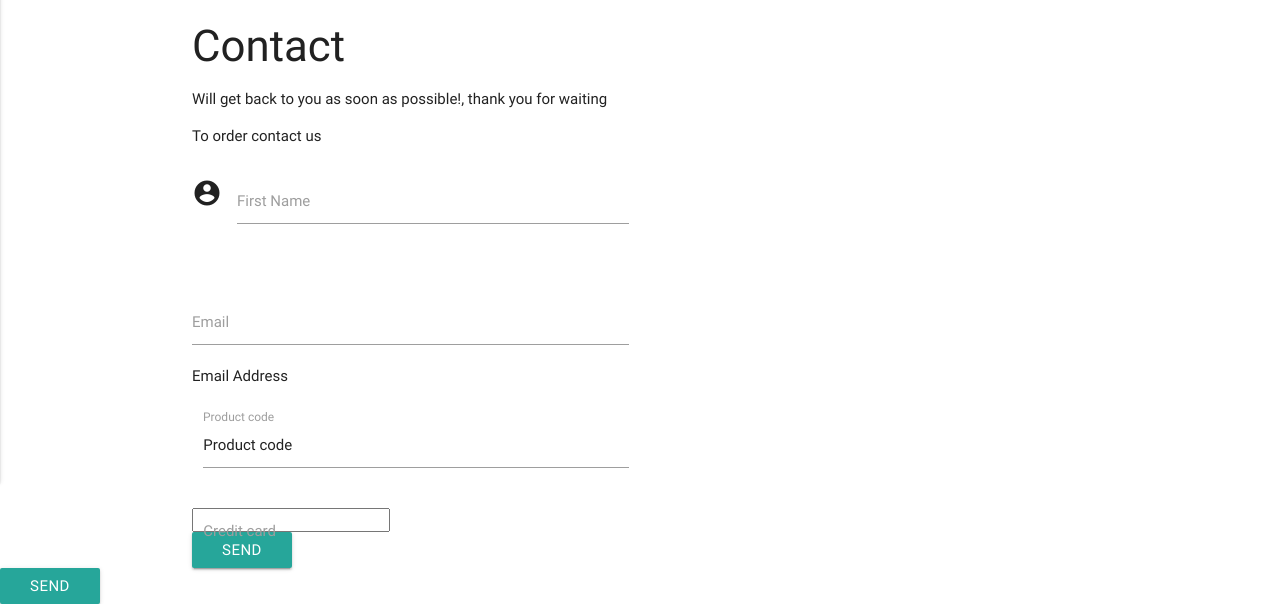
Repository: eazeldon/project-recipes-online-3
Page: http://localhost/contact
The author's editor kept a record of every edit. The page is drawn from the files as they stood at one moment, then again after the next edit.
The browser window is 1280 px wide. The pictures show the part of the page from y = 298 to 902 px (the page is 902 px tall before and 866 px after).
Some web libraries are served in a nearby version. The page is served by the project's application, run on Flask 3 (app.py).

Above is the page before.

### templates/contact.html
{% extends 'base.html' %} {% block content %}
<h3>Contact</h3>

        <p>Will get back to you as soon as possible!, thank you for waiting</p>
        <p>To order contact us</p>

 <div class="row">
    <form class="col s12">
      <div class="row">
        <div class="input-field col s6">
          <i class="material-icons prefix">account_circle</i>
          <input id="icon_prefix" type="text" class="validate">
          <label for="icon_prefix">First Name</label>
        </div>
        </div>
<!---------
        <div class="input-field col s6">
          <i class="material-icons prefix">phone</i>
          <input id="icon_telephone" type="tel" class="validate">
          <label for="icon_telephone">Telephone</label>
        </div>
--------->
      </div>
    </form>

  <div class="row">
    <form class="col s12">
      <div class="row">
       <div class="input-field col s6">
          <input id="email" type="email" class="validate">
          <label for="email">Email</label>
          <span class="helper-text" data-error="wrong" data-success="right">Email Address</span>
        </div>
      </div>
     <div class="input-field col s6">
      <input value="Product code" id="product_code2" type="text" class="validate">
      <label class="active" for="product_code2">Product code</label>
    </div>
  </div>
  <div class="input-field col s6">
          <input id="credit" type="credit" class="validate">
          <label for="credit">Credit card</label>
          </div>
   <button type="submit" class="btn btn-secondary center-block">Send</button>
</form>
</div>
<button type="submit" class="btn btn-secondary center-block">Send</button>
















<!--------------
<div class="row">
    <form class="col s12">
      <div class="row">
        <div class="input-field col s6">
          <i class="material-icons prefix">account_circle</i>
          <input id="icon_prefix" type="text" class="validate">
          <label for="icon_prefix">First Name</label>

          <div class="input-field col s12">
          <i class="material-icons prefix">phone</i>
          <input id="icon_telephone" type="tel" class="validate">
          <label for="icon_telephone">Telephone</label>
        </div>
       </div>
    </form>
  </div>
</div>
 <div class="row">
    <form class="col s12">
      <div class="row">
        <div class="input-field col s6">
          <input id="email" type="email" class="validate">
          <label for="email">Email</label>
          <span class="helper-text" data-error="wrong" data-success="right">Email Address</span>
        </div>
      </div>
    </form>
  </div>
 <div class="row">
    <form class="col s12">
      <div class="row"><div class="input-field col s6">
          <textarea id="icon_prefix2" class="materialize-textarea"></textarea>
          <label for="icon_prefix2">Product code</label>
          <i class="material-icons prefix2">card_travel</i>

             <input type="credit" name="credit">Credit card
            <label for="icon_prefix2">Cride card</label>
           <textarea id="icon_prefix2" class="materialize-textarea"></textarea>
        </div>
      </div>
      <button type="submit" class="btn btn-secondary center-block">Send</button>
    </form>
  </div>

<!-------------
<div class="row">
    <a href="{{url_for('contact')}}" class="waves-effect waves-light btn">
     <i class="material-icons right">SEND</i>
    </a>
</div>

---------->


{% endblock %}

### templates/base.html
<!DOCTYPE html>
<html lang="en">
<head>
    <meta charset="UTF-8">
    <meta name="viewport" content="width=device-width, initial-scale=1.0">
    <meta http-equiv="X-UA-Compatible" content="ie=edge">
    <title>Recipes-online-cookbook-project-3</title>


    <link href="https://fonts.googleapis.com/icon?family=Material+Icons" rel="stylesheet">
    <link rel="stylesheet" href="https://cdnjs.cloudflare.com/ajax/libs/materialize/0.100.2/css/materialize.min.css" type="text/css" />
    <link rel="stylesheet" href="{{url_for('static', filename='css/style.css')}}" type="text/css" />

</head>
<body>
<header>
        <nav>
            <div class="nav-wrapper">
                <a href="{{url_for('get_tasks')}}" class="brand-logo">Sugar Factory</a>
                <a href="#" data-activates="mobile-demo" class="button-collapse"><i class="material-icons">menu</i></a>
                <ul id="nav-mobile" class="right hide-on-med-and-down">

                    <li><a href="{{url_for('get_tasks')}}">Home</a></li>
                      <li><a href="{{url_for('recipes')}}">Recipes</a></li>
                    <li><a href="{{url_for('contact')}}">Contact</a></li>
                     <li><a href="{{url_for('products')}}">Products</a></li>
                     <li><a href="{{url_for('statistic')}}">Statistic</a></li>
                     <li><a href="{{url_for('get_categories')}}">Post</a></li>

                </ul>
                <ul class="side-nav" id="mobile-demo">


                     <li><a href="{{url_for('home')}}">Home</a></li>
                      <li><a href="{{url_for('recipes')}}">Recipes</a></li>
                     <li><a href="{{url_for('contact')}}">Contact</a></li>
                     <li><a href="{{url_for('products')}}">Products</a></li>
                      <li><a href="{{url_for('statistic')}}">Statistic</a></li>
                     <li><a href="{{url_for('get_categories')}}">Post</a></li>

                </ul>
            </div>
        </nav>

    <div class="row">
    <div class="col s12" style="background-image: url('https://www.bakedblooms.com/wp-content/uploads/2018/09/7F10A2AD-087F-4D1A-B7CD-E37C59668E2B-1200x550.jpeg')">

    <div class="opaque-overlay">&nbsp;</div>


      <div class="row">
        <div class="col s12">
          <div class="my_class" center-align>

           <h1>Sugar Factory from the maker</h1>

           <div class="my_class center-align"><h3>of recipes online</h3></span>
             </div>
           </div>
        </div>
        </div>
      </div>
    </div>







    </header>



    <div class="container">
        {% block content %} {% endblock %}
    </div>


    <script src="https://cdnjs.cloudflare.com/ajax/libs/jquery/3.2.1/jquery.min.js"></script>
    <script src="https://cdnjs.cloudflare.com/ajax/libs/materialize/0.100.2/js/materialize.min.js"></script>
    <script type="text/javascript">
        $(document).ready(function() {
            $('.collapsible').collapsible();
            $('select').material_select();
            $(".button-collapse").sideNav();
        })
    </script>



</body>
</html>

### app.py
import os
from flask import Flask, render_template, redirect, request, url_for
from flask_pymongo import PyMongo
from bson.objectid import ObjectId

app = Flask(__name__)
app.config["MONGO_DBNAME"] = 'recipes_book'
app.config["MONGO_URI"] = 'mongodb+srv://cakes:CakeSusr@myfirstcluster-ctiu9.mongodb.net/task_manager?retryWrites=true&w=majority'


mongo = PyMongo(app)



@app.route('/')
@app.route('/get_tasks')
def get_tasks():
    return render_template("tasks.html",  tasks=mongo.db.tasks.find())

@app.route('/add_task')
def add_task():
   return render_template('addtask.html', categories=mongo.db.categories.find())

@app.route('/home')
def home():
    return render_template("home.html")



@app.route('/recipes')
def recipes():
    return render_template("recipes.html")










@app.route('/contact')
def contact():


    return render_template("contact.html")







@app.route('/products')
def products():
    return render_template("products.html")



@app.route('/statistic')
def statistic():
    return render_template("statistic.html")





@app.route('/get_categories')
def get_categories():
    return render_template('categories.html',
                           categories=mongo.db.categories.find())

@app.route('/delete_category/<category_id>')
def delete_category(category_id):
   mongo.db.categories.remove({'_id': ObjectId(category_id)})
   return redirect(url_for('get_categories'))


@app.route('/edit_category/<category_id>')
def edit_category(category_id):
    return render_template('editcategory.html',
    category=mongo.db.categories.find_one({'_id': ObjectId(category_id)}))


@app.route('/update_category/<category_id>', methods=['POST'])
def update_category(category_id):
    mongo.db.categories.update(
        {'_id': ObjectId(category_id)},
        {'category_name': request.form.get('category_name')})
    return redirect(url_for('get_categories'))


@app.route('/insert_category', methods=['POST'])
def insert_category():
    category_doc = {'category_name': request.form.get('category_name')}
    mongo.db.categories.insert_one(category_doc)
    return redirect(url_for('get_categories'))


@app.route('/add_categories')
def add_category():
    return render_template('addcategories.html')

if __name__ == '__main__':
    app.run(host=os.environ.get('IP'),
            port=int(os.environ.get('PORT')),
            debug=True)

### static/css/style.css
.my_class {
    color:white;
}
.btn_small {
    height: 24px;
    width: 60px;
    line-height: 24px;
    margin: 5px 5px;
    padding: 0 0.5em;
}

After the next edit:
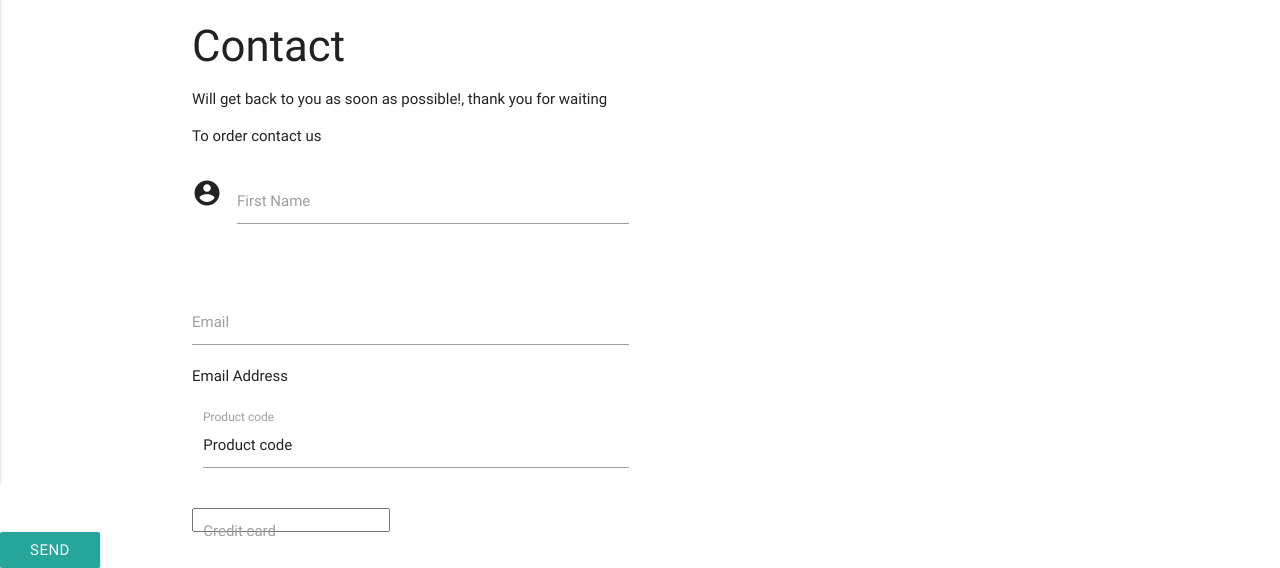
The edit:
--- a/templates/contact.html
+++ b/templates/contact.html
@@ -41,8 +41,7 @@
           <input id="credit" type="credit" class="validate">
           <label for="credit">Credit card</label>
           </div>
-   <button type="submit" class="btn btn-secondary center-block">Send</button>
-</form>
+   </form>
 </div>
 <button type="submit" class="btn btn-secondary center-block">Send</button>
 
